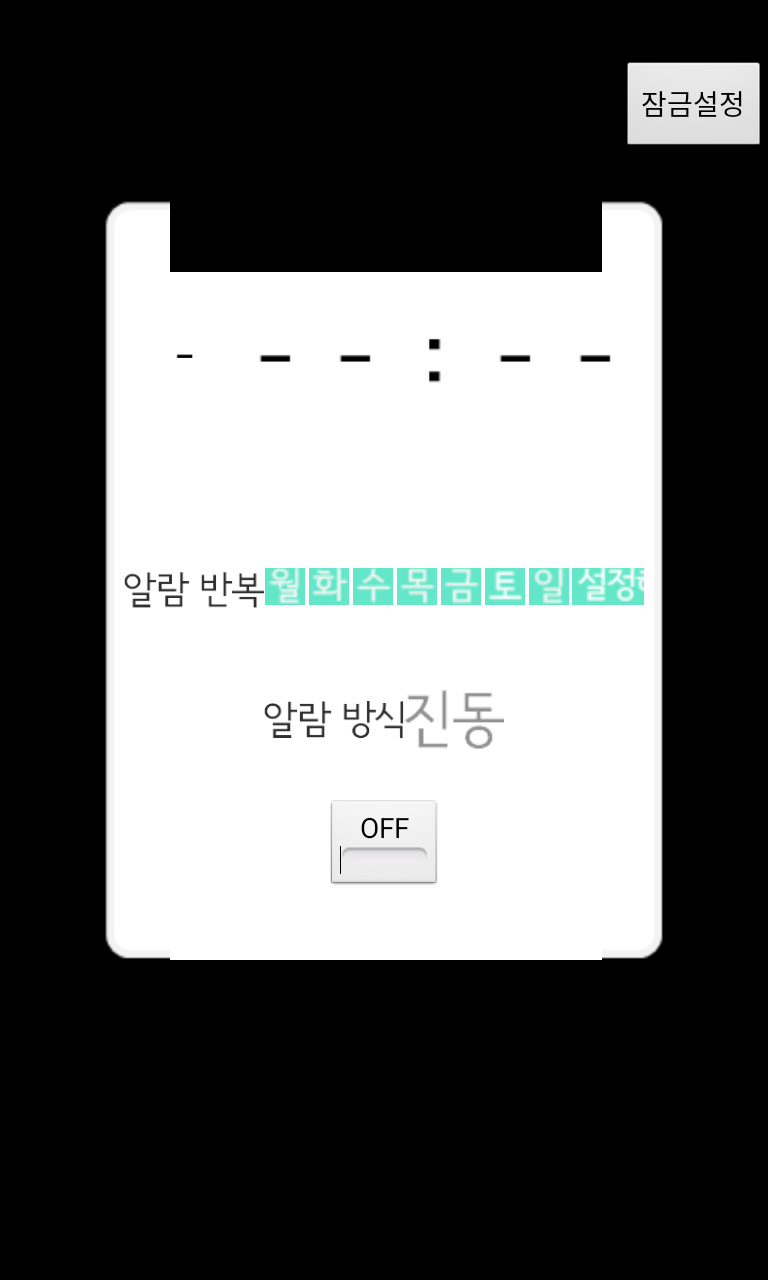
Repository: blacky512/smart_morning_call
Layout: client/SmartMorningCall/res/layout/randomcall_frag.xml
The author's editor kept a copy of each file at every save. The layout is drawn from the files as they stood at one save, then again after the next save.
It is drawn on a 768 x 1280 px phone screen (xhdpi) without system bars, with theme android:Theme.NoTitleBar; the app's code is not run.

Above is the layout before, as saved 2013-02-26 12:46:56.

After the next save:
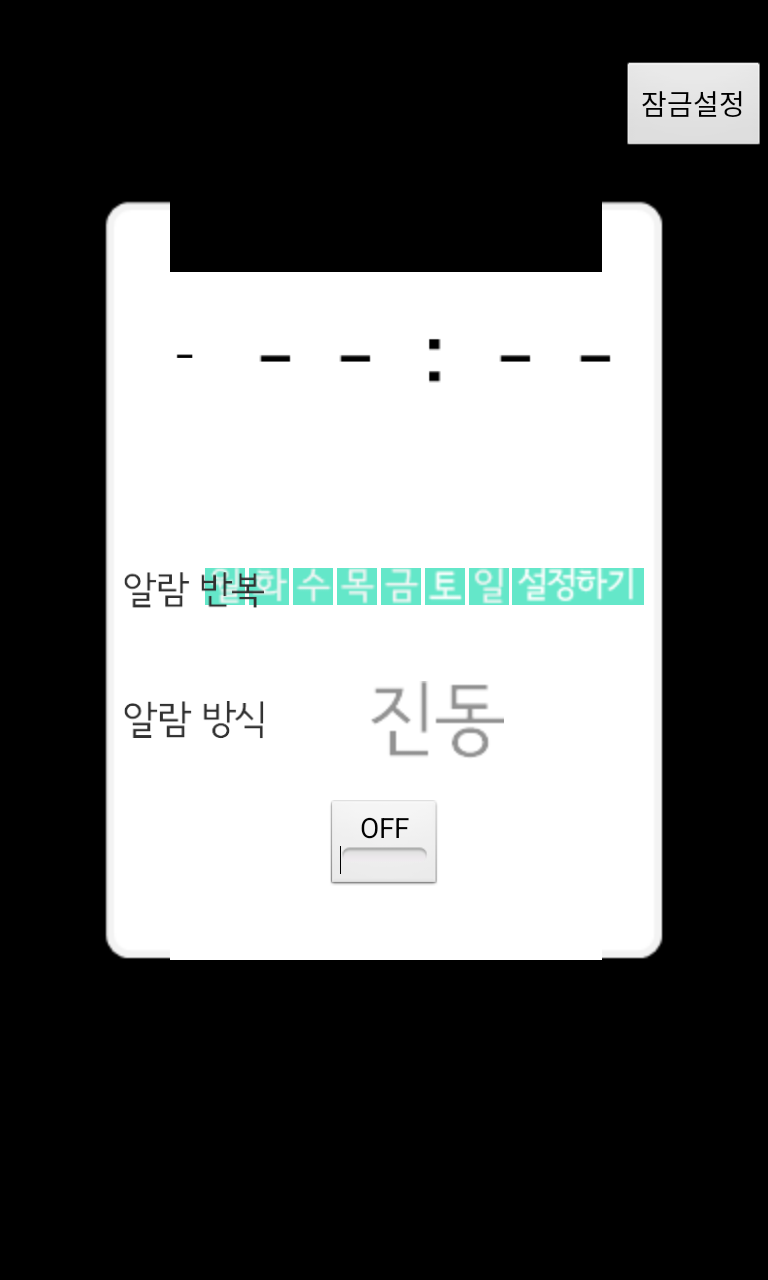
Saved 2 min 41 s later.
--- a/client/SmartMorningCall/res/layout/randomcall_frag.xml
+++ b/client/SmartMorningCall/res/layout/randomcall_frag.xml
@@ -122,8 +122,8 @@
                         <LinearLayout
                             android:layout_width="wrap_content"
                             android:layout_height="wrap_content"
-                            android:layout_centerInParent="true"
-                            android:layout_toRightOf="@+id/alarmr">
+                            android:layout_alignParentRight="true"
+                            android:layout_centerVertical="true" >
 
                             <ImageButton
                                 android:id="@+id/btn_mon"
@@ -181,7 +181,6 @@
                                 android:layout_height="22dp"
                                 android:layout_gravity="center_vertical"
                                 android:src="@drawable/set" />
-
                         </LinearLayout>
 
                         <ImageView
@@ -207,21 +206,24 @@
                         android:layout_height="wrap_content"
                         android:layout_gravity="left"
                         android:gravity="center_horizontal" >
-                        <ImageView android:id="@+id/imageView2" android:layout_width="70dp" android:layout_height="50dp" android:src="@drawable/alarmtype"/>
-
-                        <LinearLayout
+
+                        <ImageView
+                            android:id="@+id/imageView2"
+                            android:layout_width="70dp"
+                            android:layout_height="50dp"
+                            android:layout_alignParentLeft="true"
+                            android:layout_alignParentTop="true"
+                            android:src="@drawable/alarmtype" />
+
+                        <Button
+                            android:id="@+id/button2"
+                            style="?android:attr/buttonStyleSmall"
                             android:layout_width="wrap_content"
                             android:layout_height="wrap_content"
+                            android:layout_alignParentRight="true"
                             android:layout_centerVertical="true"
-                            android:layout_toRightOf="@+id/imageView2" >
-
-                            <Button
-                                android:id="@+id/button2"
-                                style="?android:attr/buttonStyleSmall"
-                                android:layout_width="50dp"
-                                android:layout_height="30dp"
-                                android:background="@drawable/vibe" />
-                        </LinearLayout>
+                            android:layout_marginRight="70dp"
+                            android:background="@drawable/vibe" />
 
                     </RelativeLayout>
 
